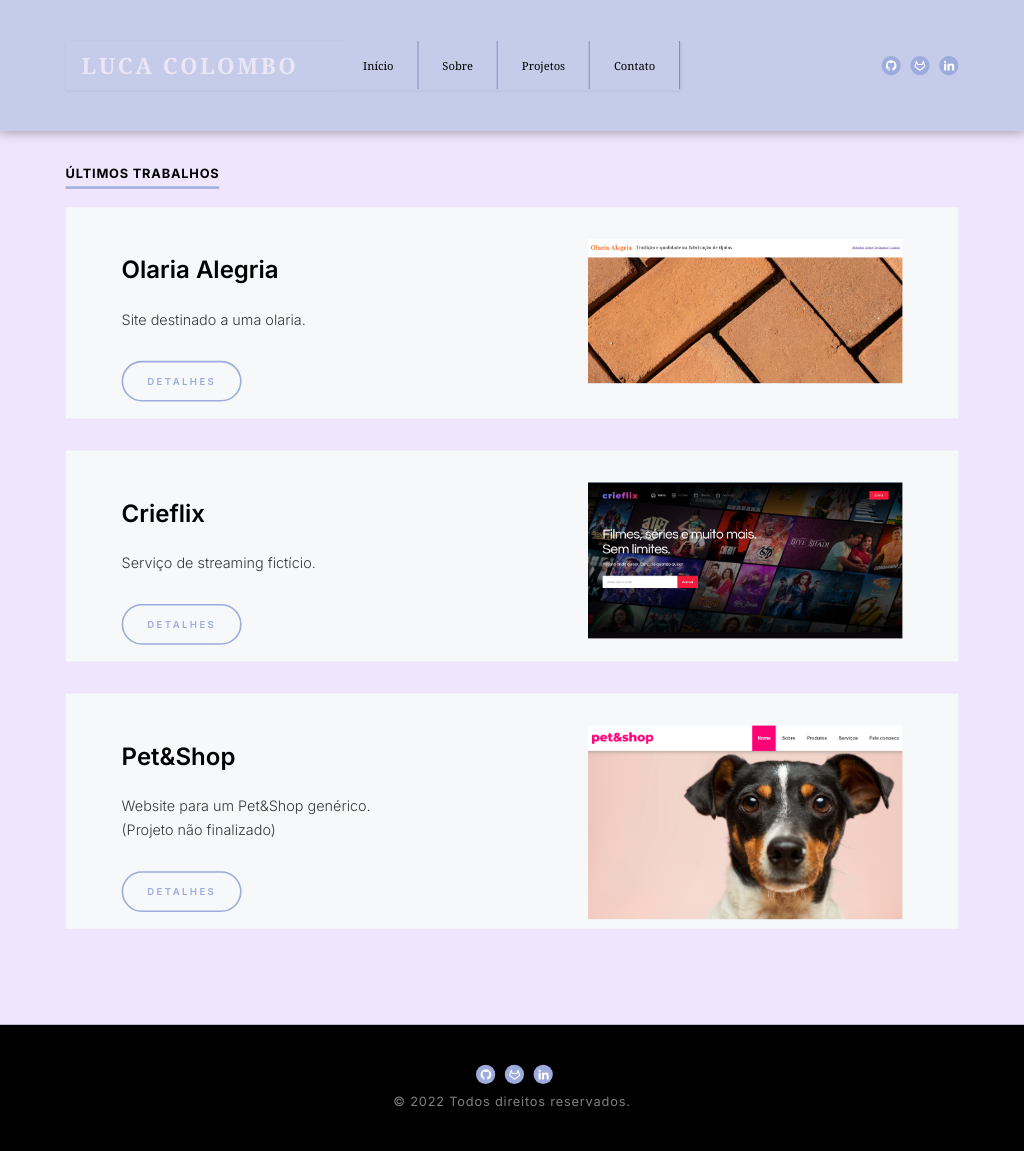
Repository: lxcxcxlxmb/portfolio
Page: projetos.html
An editor plug-in stored every save of this project. The page is shown before and after the next save, followed by the edit.
The browser window is 1280 px wide. The pictures show the whole page, at 80% of full size.
The pointer rests on the first visible `.logo`.

Above is the page before, as saved 2022-05-25 23:07:35.

After the next save:
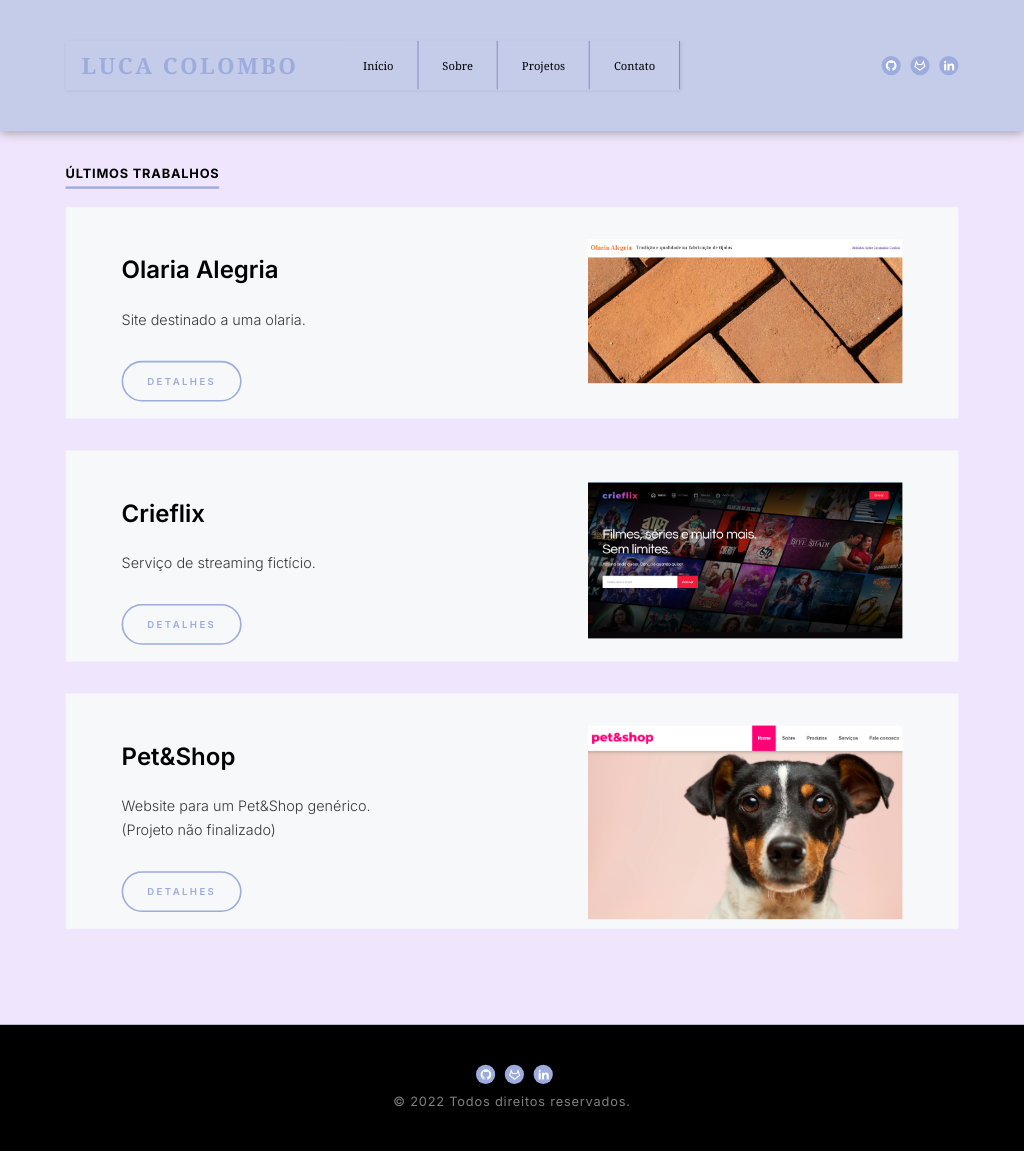
Saved 14 s later.
--- a/styles.css
+++ b/styles.css
@@ -174,7 +174,7 @@ img {
 }
 
 .logo:hover {
-	color: #EBE6F5;
+	color: #9dacdc;
 }
 
 .ds-social {
